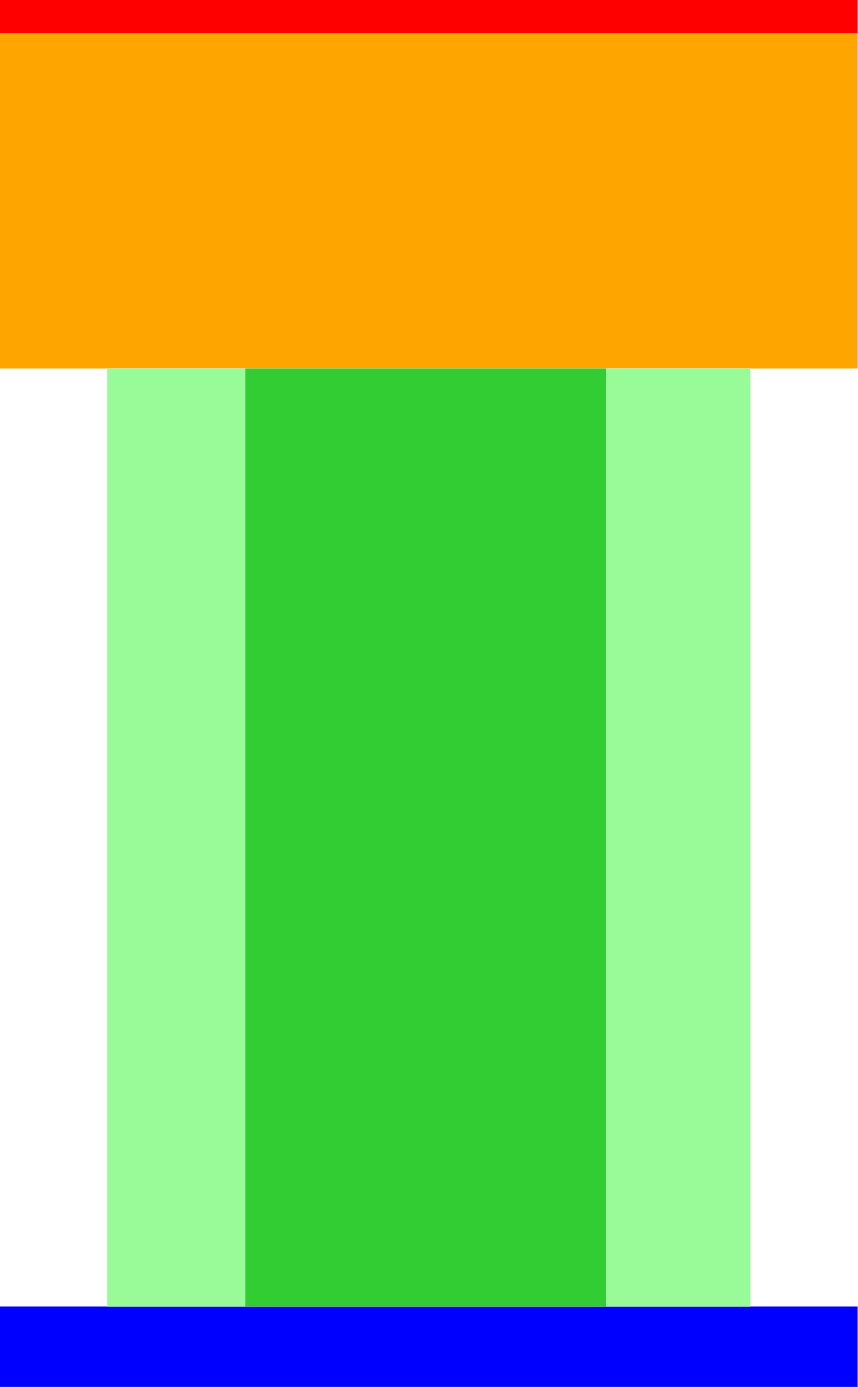
Repository: decknoboh/exercise1-8
Page: exercise1-4/index.html
The author's editor kept a record of every edit. The page is drawn from the files as they stood at one moment, then again after the next edit.
The browser window is 1280 px wide. The pictures show the whole page, at 67% of full size.

Above is the page before.

After the next edit:
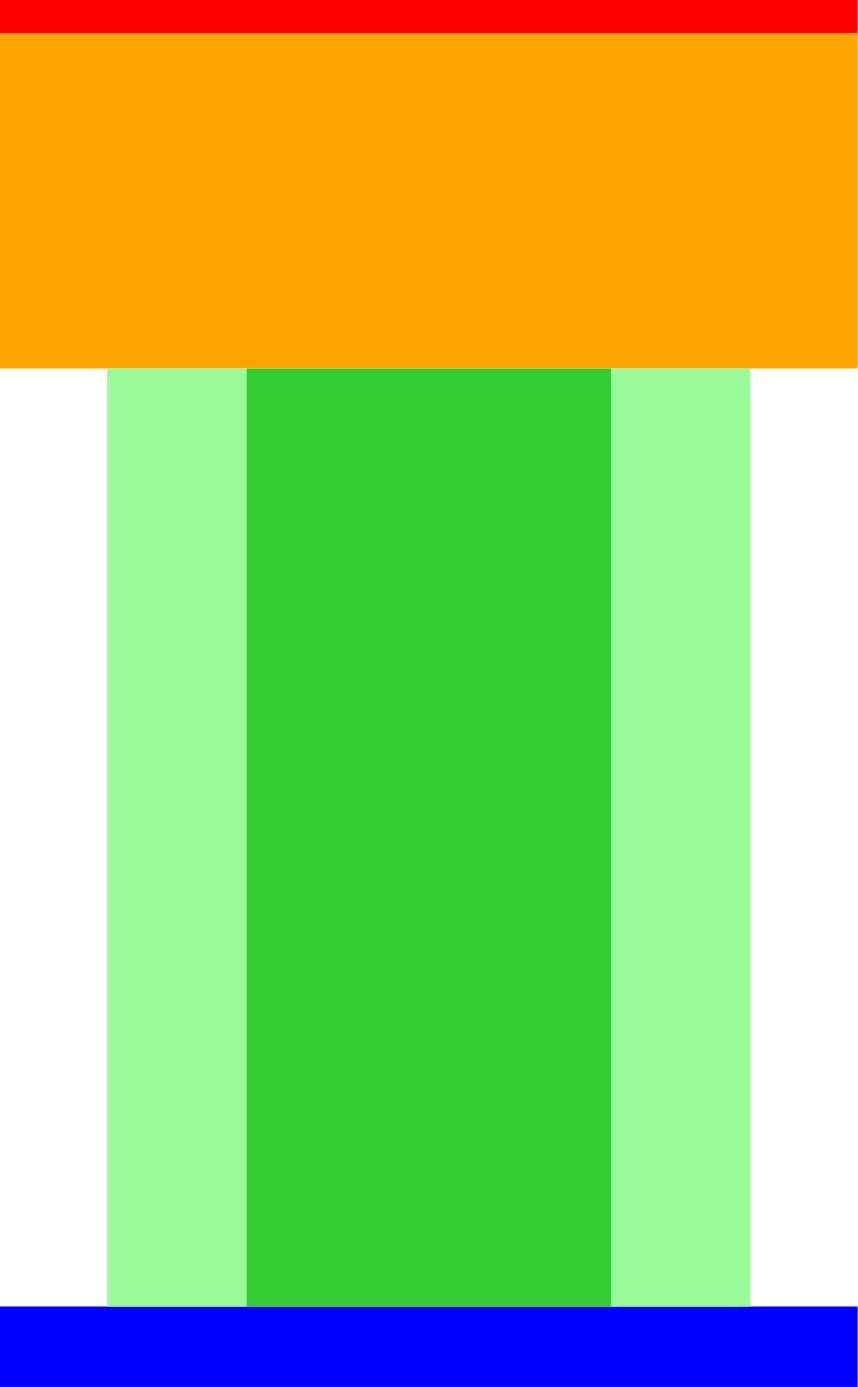
The edit:
--- a/exercise1-4/style.css
+++ b/exercise1-4/style.css
@@ -36,7 +36,7 @@
 }
 
 .sidebar-right{
-  width: 240px;
+  width: 230px;
   height: 1400px;
   background-color: palegreen;
 }
